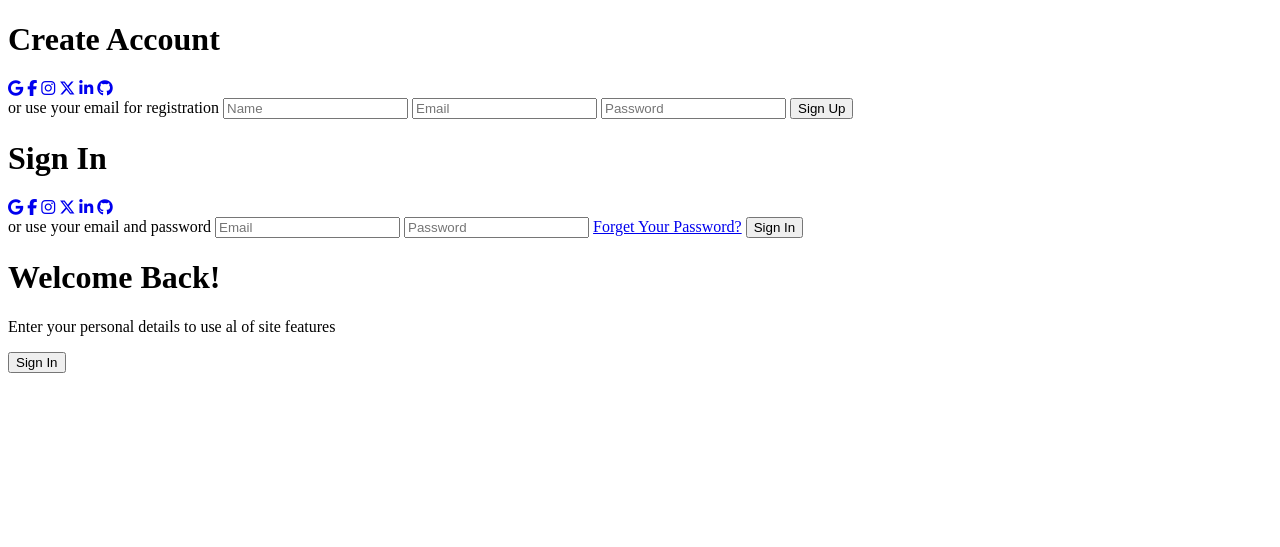
Repository: DevMike1993/Animated_Login_Page
Page: index.html
These files come from the project's save history. The page is drawn as it stood at one moment and after a run of saves; the edit follows.
The browser window is 1280 px wide. The pictures show the whole page.

Above is the page before, as saved 2023-12-17 19:44:57.

### index.html
<!DOCTYPE html>
<html lang="en">
<head>
    <meta charset="UTF-8">
    <meta name="viewport" content="width=device-width, initial-scale=1.0">
    <link rel="stylesheet" href="https://cdnjs.cloudflare.com/ajax/libs/font-awesome/6.5.1/css/all.min.css">
    <link rel="stylesheet" href="style.css">
    <title>Animated Login Page</title>
</head>
<body>

    <div class="container" id="container">
        <div class="form-container sign-up">
            <form>
                <h1>Create Account</h1>
                <div class="social-icons">
                    <a href="#" class="icon"><i class="fa-brands fa-google"></i></a>
                    <a href="#" class="icon"><i class="fa-brands fa-facebook-f"></i></a>
                    <a href="#" class="icon"><i class="fa-brands fa-instagram"></i></a>
                    <a href="#" class="icon"><i class="fa-brands fa-x-twitter"></i></a>
                    <a href="#" class="icon"><i class="fa-brands fa-linkedin-in"></i></a>
                    <a href="#" class="icon"><i class="fa-brands fa-github"></i></a>
                </div>
                <span>or use your email for registration</span>
                <input type="text" placeholder="Name">
                <input type="email" placeholder="Email">
                <input type="password" placeholder="Password">
                <button>Sign Up</button>
            </form>
        </div>
        <div class="form-container sign-in">
            <form>
                <h1>Sign In</h1>
                <div class="social-icons">
                    <a href="#" class="icon"><i class="fa-brands fa-google"></i></a>
                    <a href="#" class="icon"><i class="fa-brands fa-facebook-f"></i></a>
                    <a href="#" class="icon"><i class="fa-brands fa-instagram"></i></a>
                    <a href="#" class="icon"><i class="fa-brands fa-x-twitter"></i></a>
                    <a href="#" class="icon"><i class="fa-brands fa-linkedin-in"></i></a>
                    <a href="#" class="icon"><i class="fa-brands fa-github"></i></a>
                </div>
                <span>or use your email and password</span>
                <input type="email" placeholder="Email">
                <input type="password" placeholder="Password">
                <a href="#">Forget Your Password?</a>
                <button>Sign In</button>
            </form>
        </div>
        <div class="toggle-container">
            <div class="toggle">
                <div class="toggle-panel toggle-left">
                    <h1>Welcome Back!</h1>
                    <p>Enter your personal details to use al of site features</p>
                    <button class="hiden" id="login">Sign In</button>
                </div>
            </div>
        </div>
    </div>

    <script src="script.js"></script>
</body>
</html>

### style.css
@import url('https://fonts.googleapis.com/css2?family=Montserrat:ital,wght@0,200;0,300;0,400;0,500;0,600;1,200;1,300&family=Poppins&display=swap');

Loaded but not shown: script.js (no copy from this time; the picture is the same without it)

After the next 3 saves:
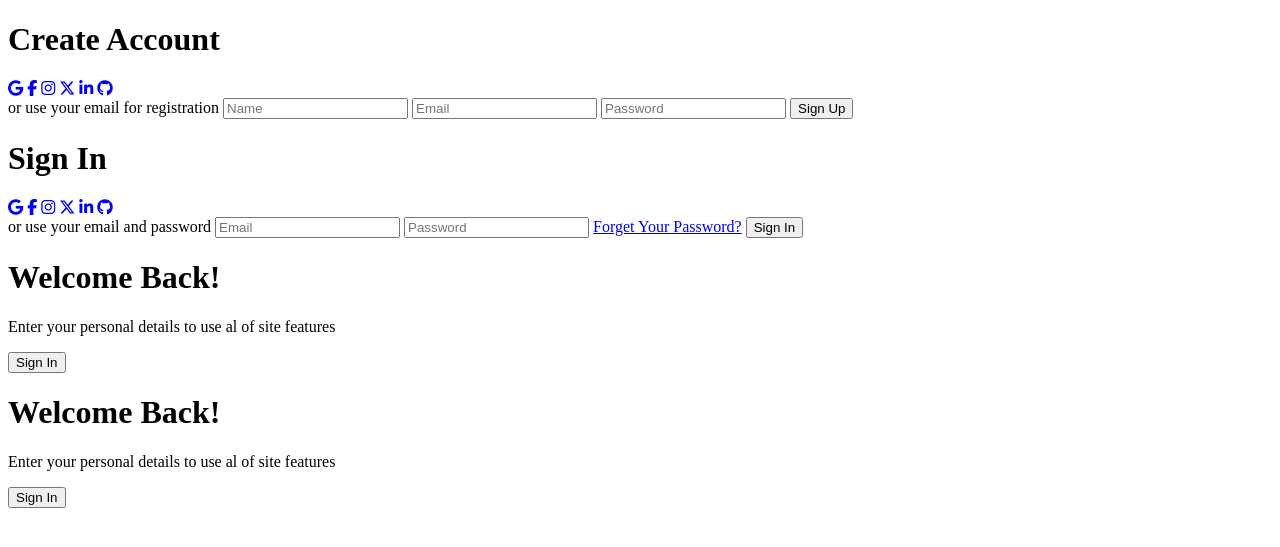
The 3 saves are shown as one change because they came seconds apart.
The last was saved 31 s later.
--- a/index.html
+++ b/index.html
@@ -53,6 +53,11 @@
                     <p>Enter your personal details to use al of site features</p>
                     <button class="hiden" id="login">Sign In</button>
                 </div>
+                <div class="toggle-panel toggle-left">
+                    <h1>Welcome Back!</h1>
+                    <p>Enter your personal details to use al of site features</p>
+                    <button class="hiden" id="login">Sign In</button>
+                </div>
             </div>
         </div>
     </div>
